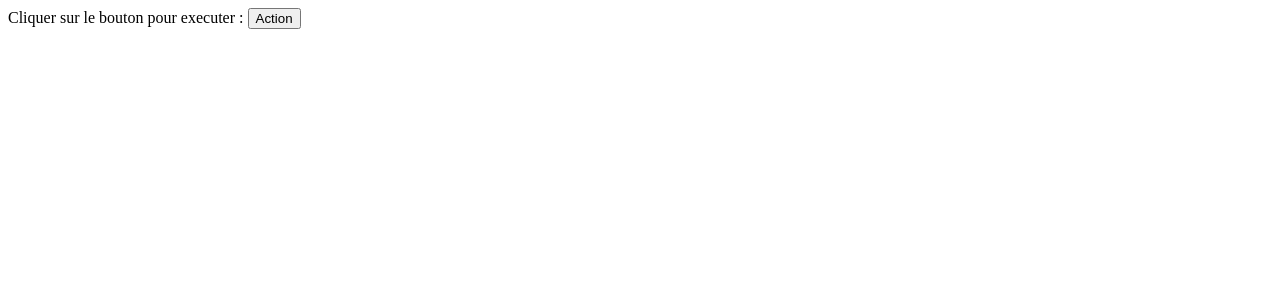
Repository: AgatheLM/formation_js
Page: insee-travaux-js/insee-client-js/index.html
These files come from the project's save history. The page is drawn as it stood at one moment and after the next save; the edit follows.
The browser window is 1280 px wide. The pictures show the whole page.

Above is the page before, as saved 2018-01-24 10:51:39.

### insee-travaux-js/insee-client-js/index.html
<!DOCTYPE html>
<html>
<head>
<meta charset="utf-8">
<meta http-equiv="X-UA-Compatible" content="IE=edge">
<title>Ma page de calcul</title>
<script type="text/javascript" src="scripts/main.js"></script>
</head>
<body>
	<form action="">
		Cliquer sur le bouton pour executer : <input type="button"
			value="Action" onclick="main()" />
	</form>
</body>
</html>

### insee-travaux-js/insee-client-js/scripts/main.js
function main(){


	// Exercice 1
	try{
		// 1 - Demande à l'utilisateur
		var largeur = prompt ('Renseigner la largeur?','');
		var longueur = prompt ('Renseigner la longueur?','');
		//2. Appel aux fonctions utilitaires
		var surface=calculSurface(longueur, largeur);
		var perimetre=calculPerimetre(longueur, largeur);
		//3. Affichage du résultat
		alert ("La surface est de " + surface);
		alert ("Le périmètre est de " + perimetre);
	} catch(e) {
		console.log(e);
	}

	//Exercice 2
	try{
		var tab = initTableau();
		var i = prompt ('Quel élément voulez vous?','');
		alert(afficheElement(tab,i));

	} catch(e) {
		console.log(e);
	}


}


/*Exercice 1 : Calculs de grandeurs de figures
Nous souhaitons calculer le périmètre et la surface d’un rectangle dont les dimensions seront fournies par l’utilisateur.
Les fonctions JS à utiliser seront :
- Alert
- Prompt
- Récupérer et importez le projet « insee-client-js » dans Eclipse
- Coder une fonction qui prend 2 paramètres et retourne la surface
- Code une fonction qui prend 2 paramètres et retourne le périmètre
- Modifier la fonction « main () » afin qu’elle puisse demander à l’utilisateur de rentrer la longueur et la largeur et
qu’elle puisse successivement afficher la surface et le périmètre. Une démo des affichages attendus sera fournie en TP*/



	function calculSurface (longueur, largeur)  {
		try {
			surface=longueur*largeur;
			return surface;
		} catch(e){
			console.log(e);
		}

	}

	function calculPerimetre (longueur, largeur){
		try {
			perimetre=2*longueur+2*largeur;
			return perimetre;
		}catch(e){
			console.log(e);
		}

	}

/*Exercice 2 : Manipulation des tableaux
Nous souhaitons afficher les éléments d’un tableau selon l’indice fourni par un utilisateur.
Cette action sera répétée autant de fois jusqu’à ce que l’utilisateur saisisse le nombre « -1 » pour sortir.
Travail à faire :
- Coder une fonction qui initialisera le tableau ci dessous :
- Faire pointer l’action du bouton sur cette nouvelle fonction. Une démo du déroulement sera fournie
var tab = new Array("Hollande","ZOME","Sarkozy","LE PEN","LE MAIRE","VALLS*/

	function initTableau(){
		var tab = new Array("Hollande","ZOME","Sarkozy","LE PEN","LE MAIRE","VALLS");
		return tab;
	}
	function afficheElement(tab, i){
		return tab(i);
	}

After the next save:
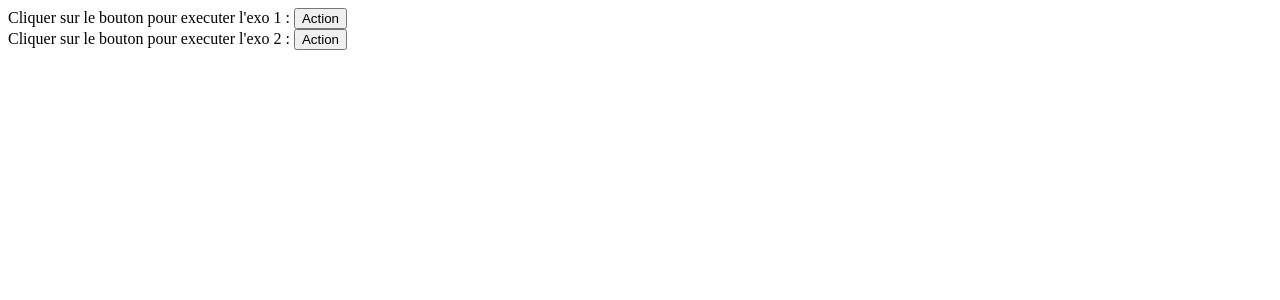
Saved 4 min 38 s later.
--- a/insee-travaux-js/insee-client-js/index.html
+++ b/insee-travaux-js/insee-client-js/index.html
@@ -8,8 +8,12 @@
 </head>
 <body>
 	<form action="">
-		Cliquer sur le bouton pour executer : <input type="button"
+		Cliquer sur le bouton pour executer l'exo 1 : <input type="button"
 			value="Action" onclick="main()" />
+	</form>
+		<form action="">
+		Cliquer sur le bouton pour executer l'exo 2 : <input type="button"
+			value="Action" onclick="main_exo2()" />
 	</form>
 </body>
 </html>
